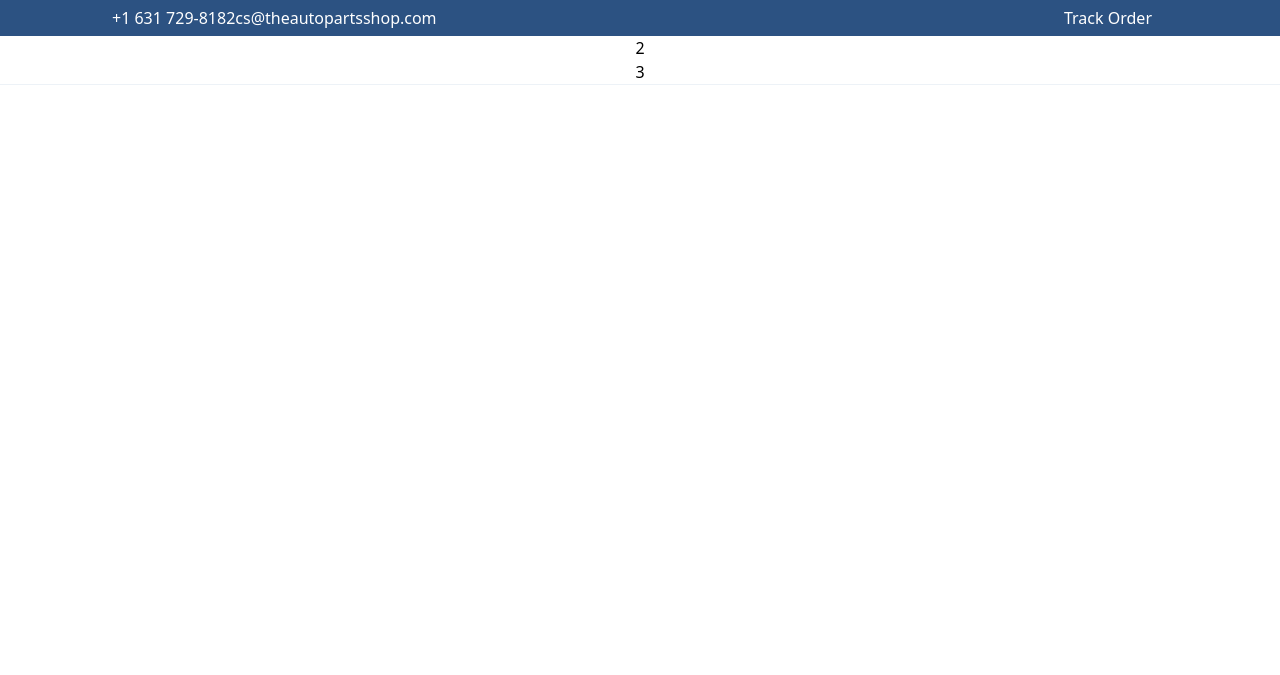
Repository: robindhimanspineor/TAPS-Next
Page: /
These files come from the project's save history. The page is drawn as it stood at one moment and after the next save; the edit follows.
The browser window is 1280 px wide. The pictures show the whole page.
The project was rebuilt for these pictures with package versions that can differ from the ones it lists, and the page was loaded fresh each time. The framework's server and built-in components were replaced by stand-ins that run in the browser. Also part of the build but not shown: next.config.js.

Above is the page before, as saved 2021-09-16 15:08:29.

### src/pages/index.tsx
// import { useRouter } from 'next/router';

// import { Meta } from '../layout/Meta';
// import { Main } from '../templates/Main';
import Header from '../components/common/header';

const Index = () => {
  // const router = useRouter();

  return (
    // <Main
    //   meta={
    //     <Meta
    //       title="Next.js Boilerplate Presentation"
    //       description="Next js Boilerplate is the perfect starter code for your project. Build your React application with the Next.js framework."
    //     />
    //   }
    // >
    // </Main>
    <div>
      <main className="main-container block">
        <Header />
      </main>
    </div>
  );
};

export default Index;

### src/components/common/header/index.js
const Header = () => {
  return (
    <header className="flex flex-col items-center justify-center w-full static border-b z-50">
      <div className="head-top flex justify-between py-1.5 pr-32 pl-28 bg-blue-800 w-full">
        <div className="w-screen max-w-screen-xl flex justify-between">
          <div className="head-top-left flex text-white font-medium w-9/12">
            <div className="head-top phone">
              <span></span>
              +1 631 729-8182
            </div>
            <div className="heap-top email">
              <span></span>
              cs@theautopartsshop.com
            </div>
          </div>
          <div className="head-top-right text-white font-medium">
            Track Order
          </div>
        </div>
      </div>
      <div>2</div>
      <div>3</div>
    </header>
  );
};

export default Header;

### src/svg/PhoneHandleSvg.js
import React from 'react';

const PhoneHandle = () => (
  <svg
    version="1.1"
    xmlns="http://www.w3.org/2000/svg"
    xmlnsXlink="http://www.w3.org/1999/xlink"
    x="0px"
    y="0px"
    width="401.998px"
    height="401.998px"
    viewBox="0 0 401.998 401.998"
    style={{ enableBackground: 'new 0 0 401.998 401.998' }}
    xmlSpace="preserve"
    aria-label="phone handle svg"
  >
    <g>
      <path
        d="M401.129,311.475c-1.137-3.426-8.371-8.473-21.697-15.129c-3.61-2.098-8.754-4.949-15.41-8.566
		c-6.662-3.617-12.709-6.95-18.13-9.996c-5.432-3.045-10.521-5.995-15.276-8.846c-0.76-0.571-3.139-2.234-7.136-5
		c-4.001-2.758-7.375-4.805-10.14-6.14c-2.759-1.327-5.473-1.995-8.138-1.995c-3.806,0-8.56,2.714-14.268,8.135
		c-5.708,5.428-10.944,11.324-15.7,17.706c-4.757,6.379-9.802,12.275-15.126,17.7c-5.332,5.427-9.713,8.138-13.135,8.138
		c-1.718,0-3.86-0.479-6.427-1.424c-2.566-0.951-4.518-1.766-5.858-2.423c-1.328-0.671-3.607-1.999-6.845-4.004
		c-3.244-1.999-5.048-3.094-5.428-3.285c-26.075-14.469-48.438-31.029-67.093-49.676c-18.649-18.658-35.211-41.019-49.676-67.097
		c-0.19-0.381-1.287-2.19-3.284-5.424c-2-3.237-3.333-5.518-3.999-6.854c-0.666-1.331-1.475-3.283-2.425-5.852
		s-1.427-4.709-1.427-6.424c0-3.424,2.713-7.804,8.138-13.134c5.424-5.327,11.326-10.373,17.7-15.128
		c6.379-4.755,12.275-9.991,17.701-15.699c5.424-5.711,8.136-10.467,8.136-14.273c0-2.663-0.666-5.378-1.997-8.137
		c-1.332-2.765-3.378-6.139-6.139-10.138c-2.762-3.997-4.427-6.374-4.999-7.139c-2.852-4.755-5.799-9.846-8.848-15.271
		c-3.049-5.424-6.377-11.47-9.995-18.131c-3.615-6.658-6.468-11.799-8.564-15.415C98.986,9.233,93.943,1.997,90.516,0.859
		C89.183,0.288,87.183,0,84.521,0c-5.142,0-11.85,0.95-20.129,2.856c-8.282,1.903-14.799,3.899-19.558,5.996
		c-9.517,3.995-19.604,15.605-30.264,34.826C4.863,61.566,0.01,79.271,0.01,96.78c0,5.135,0.333,10.131,0.999,14.989
		c0.666,4.853,1.856,10.326,3.571,16.418c1.712,6.09,3.093,10.614,4.137,13.56c1.045,2.948,2.996,8.229,5.852,15.845
		c2.852,7.614,4.567,12.275,5.138,13.988c6.661,18.654,14.56,35.307,23.695,49.964c15.03,24.362,35.541,49.539,61.521,75.521
		c25.981,25.98,51.153,46.49,75.517,61.526c14.655,9.134,31.314,17.032,49.965,23.698c1.714,0.568,6.375,2.279,13.986,5.141
		c7.614,2.854,12.897,4.805,15.845,5.852c2.949,1.048,7.474,2.43,13.559,4.145c6.098,1.715,11.566,2.905,16.419,3.576
		c4.856,0.657,9.853,0.996,14.989,0.996c17.508,0,35.214-4.856,53.105-14.562c19.219-10.656,30.826-20.745,34.823-30.269
		c2.102-4.754,4.093-11.273,5.996-19.555c1.909-8.278,2.857-14.985,2.857-20.126C401.99,314.814,401.703,312.819,401.129,311.475z"
      />
    </g>
    <g />
    <g />
    <g />
    <g />
    <g />
    <g />
    <g />
    <g />
    <g />
    <g />
    <g />
    <g />
    <g />
    <g />
    <g />
  </svg>
);

export default PhoneHandle;

### src/svg/MailBoxSvg.js
import React from 'react';

const MailBoxSvg = () => (
  <svg
    version="1.1"
    xmlns="http://www.w3.org/2000/svg"
    xmlnsXlink="http://www.w3.org/1999/xlink"
    x="0px"
    y="0px"
    width="550.795px"
    height="550.795px"
    viewBox="0 0 550.795 550.795"
    style={{ enableBackground: 'new 0 0 550.795 550.795' }}
    xmlSpace="preserve"
    aria-label="mail box"
  >
    <g>
      <g>
        <path
          d="M501.613,491.782c12.381,0,23.109-4.088,32.229-12.16L377.793,323.567c-3.744,2.681-7.373,5.288-10.801,7.767
			c-11.678,8.604-21.156,15.318-28.434,20.129c-7.277,4.822-16.959,9.737-29.045,14.755c-12.094,5.024-23.361,7.528-33.813,7.528
			h-0.306h-0.306c-10.453,0-21.72-2.503-33.813-7.528c-12.093-5.018-21.775-9.933-29.045-14.755
			c-7.277-4.811-16.75-11.524-28.434-20.129c-3.256-2.387-6.867-5.006-10.771-7.809L16.946,479.622
			c9.119,8.072,19.854,12.16,32.234,12.16H501.613z"
        />
        <path
          d="M31.047,225.299C19.37,217.514,9.015,208.598,0,198.555V435.98l137.541-137.541
			C110.025,279.229,74.572,254.877,31.047,225.299z"
        />
        <path
          d="M520.059,225.299c-41.865,28.336-77.447,52.73-106.75,73.195l137.486,137.492V198.555
			C541.98,208.396,531.736,217.306,520.059,225.299z"
        />
        <path
          d="M501.613,59.013H49.181c-15.784,0-27.919,5.33-36.42,15.979C4.253,85.646,0.006,98.97,0.006,114.949
			c0,12.907,5.636,26.892,16.903,41.959c11.267,15.061,23.256,26.891,35.961,35.496c6.965,4.921,27.969,19.523,63.012,43.801
			c18.917,13.109,35.368,24.535,49.505,34.395c12.05,8.396,22.442,15.667,31.022,21.701c0.985,0.691,2.534,1.799,4.59,3.269
			c2.215,1.591,5.018,3.61,8.476,6.107c6.659,4.816,12.191,8.709,16.597,11.683c4.4,2.975,9.731,6.298,15.985,9.988
			c6.249,3.685,12.143,6.456,17.675,8.299c5.533,1.842,10.655,2.766,15.367,2.766h0.306h0.306c4.711,0,9.834-0.924,15.368-2.766
			c5.531-1.843,11.42-4.608,17.674-8.299c6.248-3.69,11.572-7.02,15.986-9.988c4.406-2.974,9.938-6.866,16.598-11.683
			c3.451-2.497,6.254-4.517,8.469-6.102c2.057-1.476,3.605-2.577,4.596-3.274c6.684-4.651,17.1-11.892,31.104-21.616
			c25.482-17.705,63.01-43.764,112.742-78.281c14.957-10.447,27.453-23.054,37.496-37.803c10.025-14.749,15.051-30.22,15.051-46.408
			c0-13.525-4.873-25.098-14.598-34.737C526.461,63.829,514.932,59.013,501.613,59.013z"
        />
      </g>
    </g>
    <g />
    <g />
    <g />
    <g />
    <g />
    <g />
    <g />
    <g />
    <g />
    <g />
    <g />
    <g />
    <g />
    <g />
    <g />
  </svg>
);

export default MailBoxSvg;

Loaded but not shown: src/pages/_app.tsx (common file); src/pages/_document.tsx (common file); src/styles/main.css (common file); src/utils/AppConfig.ts (common file); tailwind.config.js (common file)

After the next save:
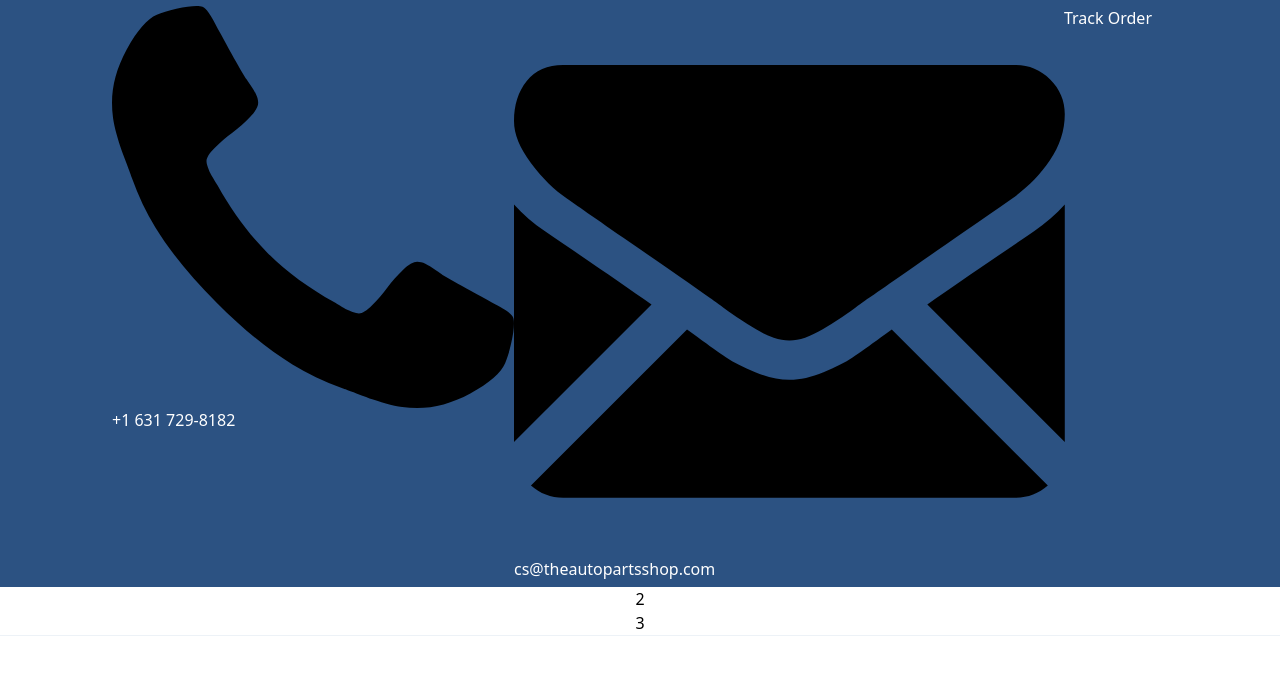
Saved 4 min 18 s later.
--- a/src/components/common/header/index.js
+++ b/src/components/common/header/index.js
@@ -1,3 +1,6 @@
+import PhoneHandle from '../../../Svg/PhoneHandleSvg';
+import MailBoxSvg from '../../../Svg/MailBoxSvg';
+
 const Header = () => {
   return (
     <header className="flex flex-col items-center justify-center w-full static border-b z-50">
@@ -5,11 +8,15 @@ const Header = () => {
         <div className="w-screen max-w-screen-xl flex justify-between">
           <div className="head-top-left flex text-white font-medium w-9/12">
             <div className="head-top phone">
-              <span></span>
+              <span>
+                <PhoneHandle />
+              </span>
               +1 631 729-8182
             </div>
             <div className="heap-top email">
-              <span></span>
+              <span>
+                <MailBoxSvg />
+              </span>
               cs@theautopartsshop.com
             </div>
           </div>
